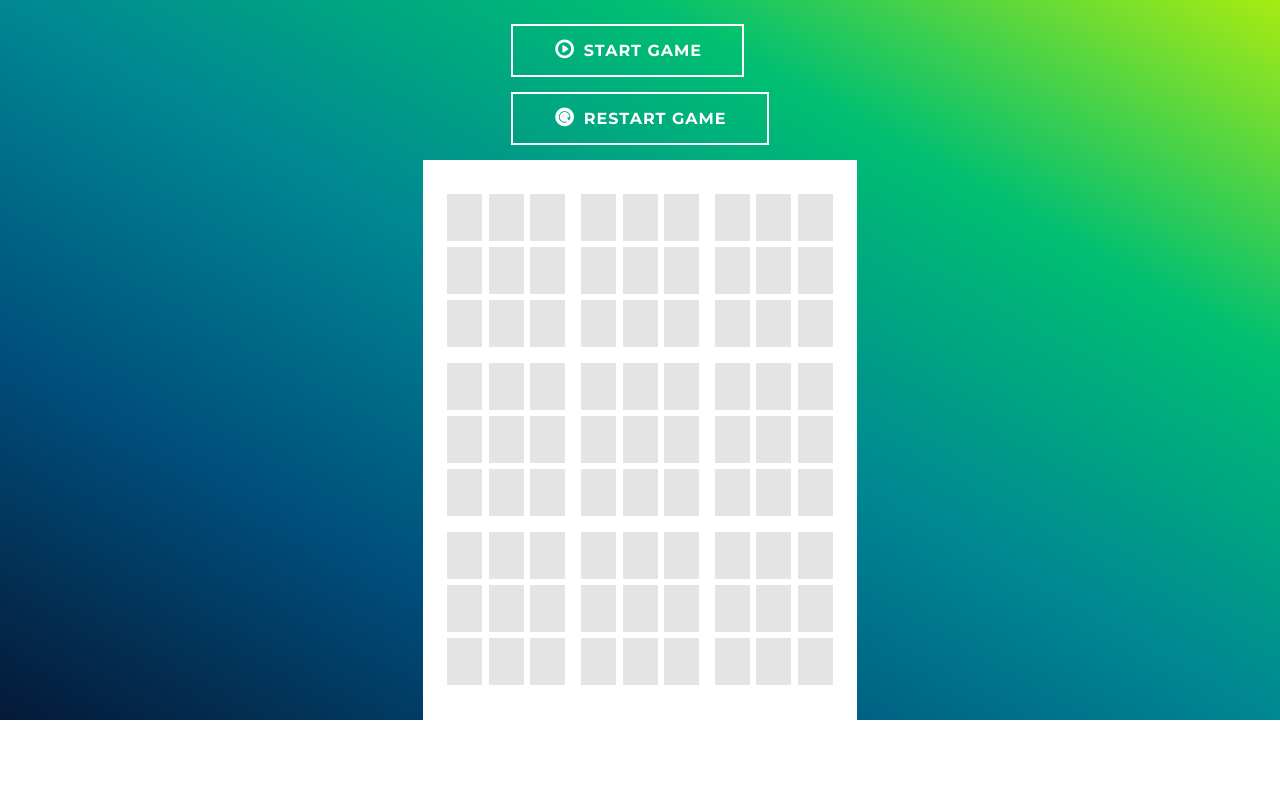
Repository: pattypetrikova/sudoku
Page: index.html
The author's editor kept a copy of each file at every save. The page is drawn from the files as they stood at one save, then again after the next save.
The browser window is 1280 px wide. The pictures show the whole page.
Some web fonts or font styles are not loaded; a fallback is used.

Above is the page before, as saved 2022-12-30 12:24:58.

After the next save:
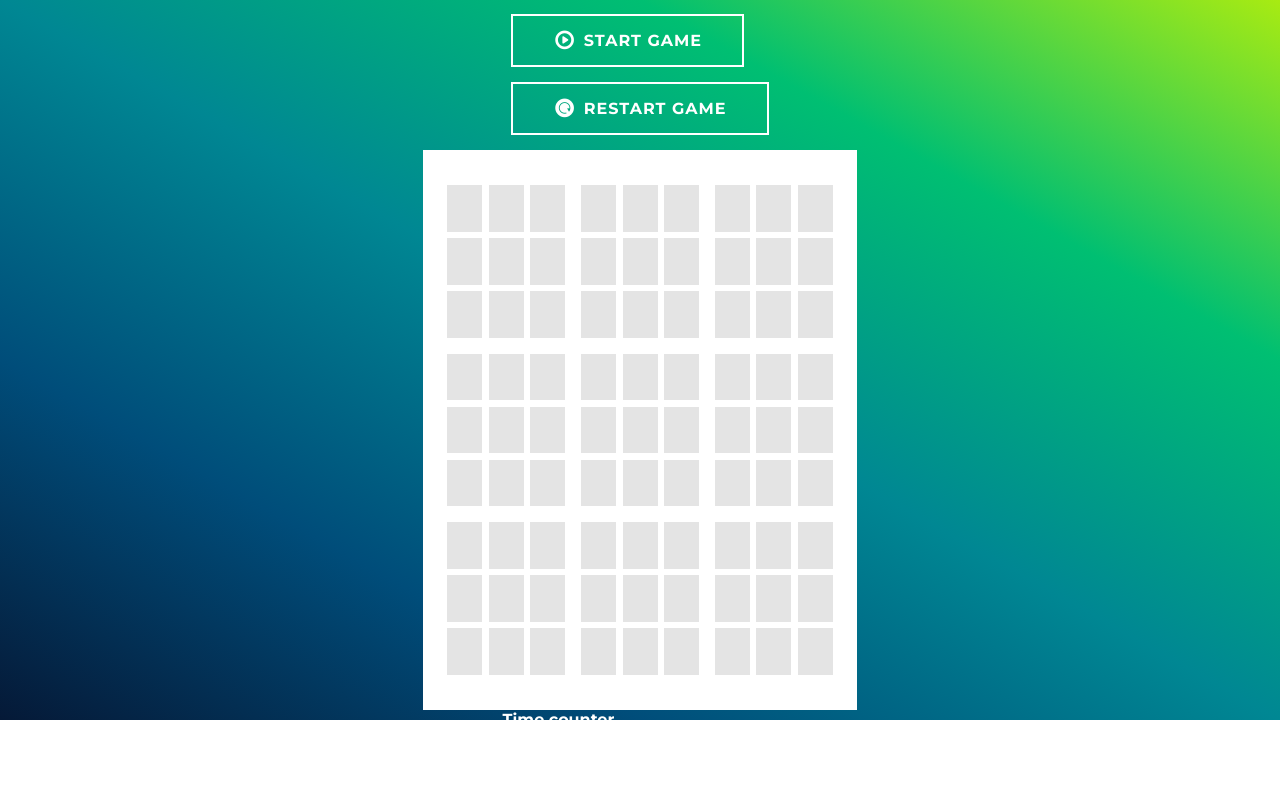
Saved 4 s later.
--- a/index.html
+++ b/index.html
@@ -128,6 +128,7 @@
         </div>
         <div class="footer">
             <div class="footer-buttons">
+                <div class="time-couner">Time counter</div>
                 <button class="button button-1 finish"><i class="ri-checkbox-circle-line ri-lg"></i>
                     Complete</button>
             </div>
